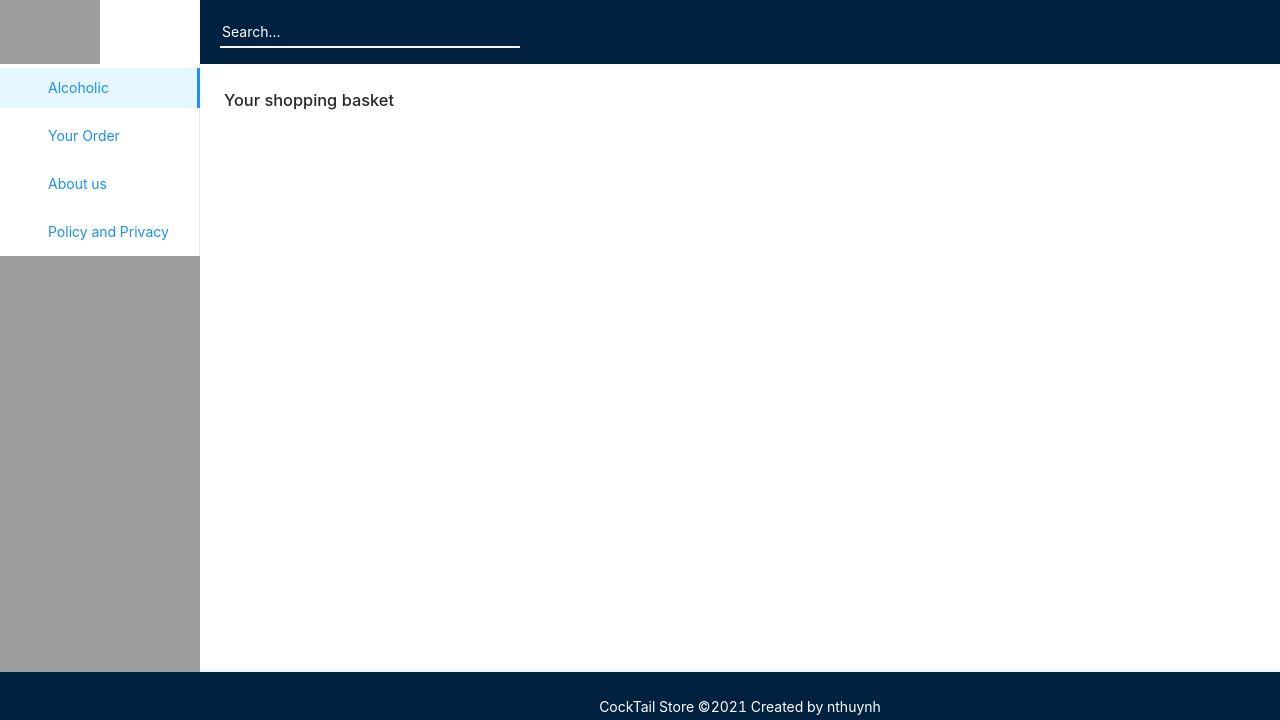
Repository: huynhnt1406/cocktail
Page: /yourorder
The author's editor kept a copy of each file at every save. The page is drawn from the files as they stood at one save, then again after the next save.
The browser window is 1280 px wide. The pictures show the whole page.
Pictures or frames that could not be fetched are drawn as grey boxes. The project was rebuilt for these pictures with package versions that can differ from the ones it lists, and the page was loaded fresh each time. Also part of the build but not shown: src/components/CockTail.vue, src/components/DetailPage.vue, src/components/AboutUs.vue, src/components/PolicyandPrivacy.vue.

Above is the page before, as saved 2021-05-08 00:27:34.

After the next save:
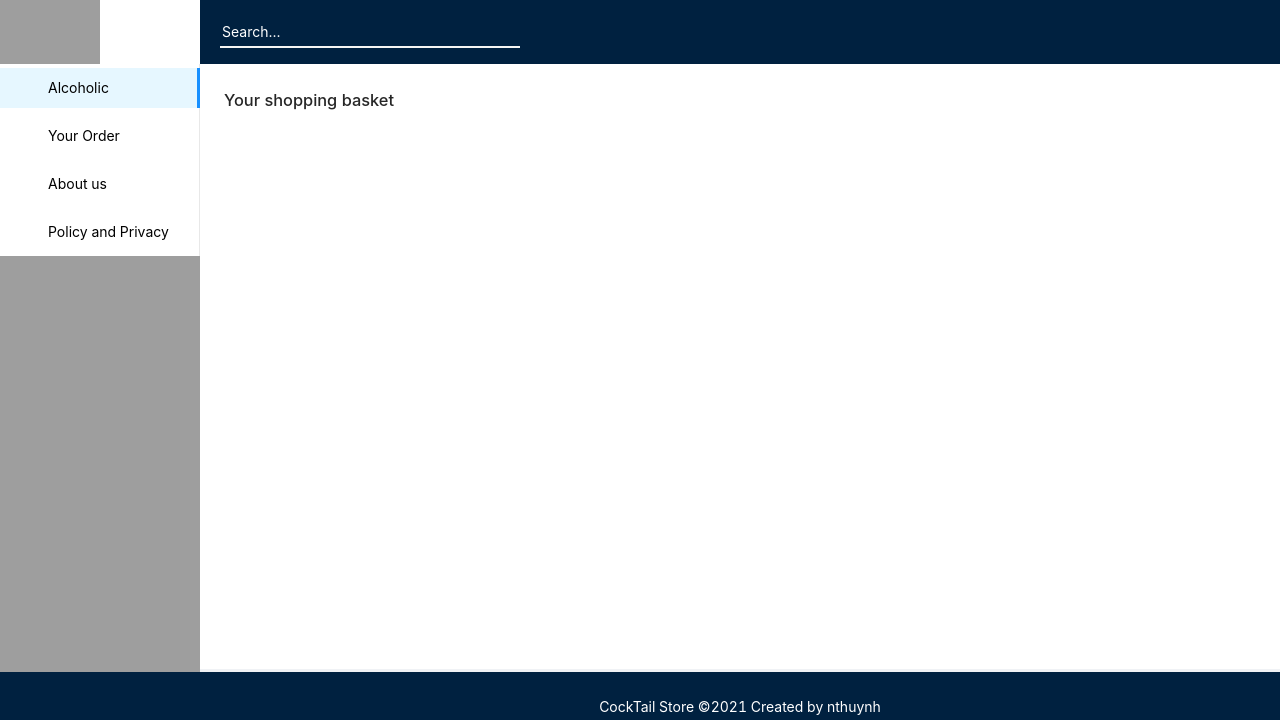
Saved 14 s later.
--- a/src/App.vue
+++ b/src/App.vue
@@ -67,4 +67,7 @@ export default {
 .footer{
   background-color: #002140;
 }
+.link{
+  color:black;
+}
 </style>
